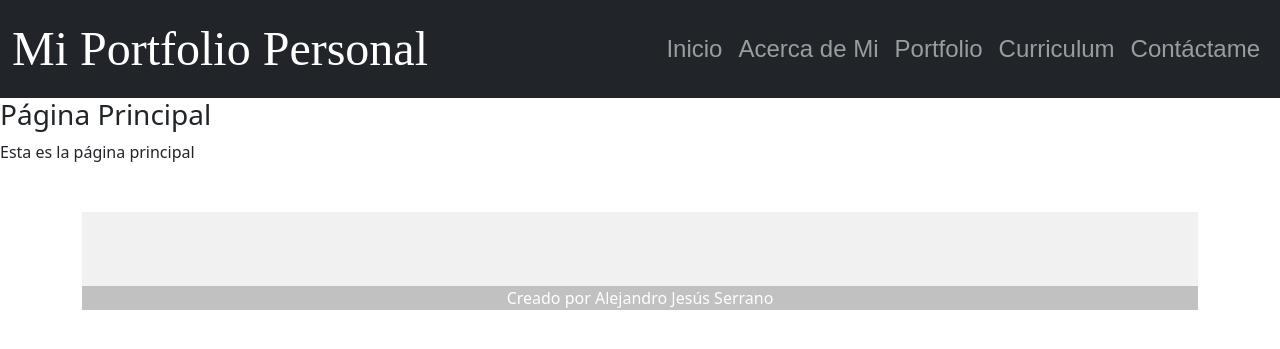
Repository: AlejandroJesusSerrano/portfolio
Page: http://localhost/
These files come from the project's save history. The page is drawn as it stood at one moment and after the next save; the edit follows.
The browser window is 1280 px wide. The pictures show the whole page.
Some web fonts or font styles are not loaded; a fallback is used. The page is served by the project's application, run on Django 4.2 (manage.py).

Above is the page before, as saved 2023-09-05 15:23:48.

After the next save:
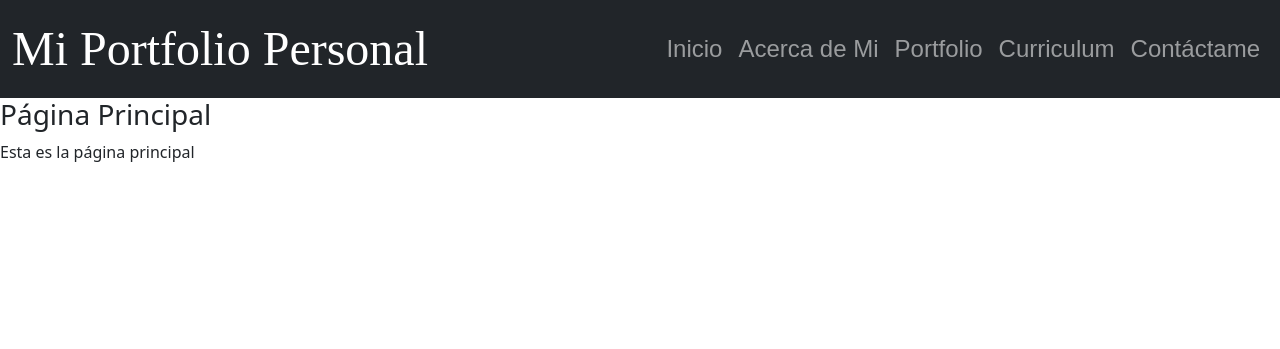
Saved 64 s later.
--- a/portfolio/core/templates/core/base.html
+++ b/portfolio/core/templates/core/base.html
@@ -48,44 +48,6 @@
 
   <div class="container my-5">
 
-    <footer class="text-center text-white" style="background-color: #f1f1f1;">
-      <!-- Grid container -->
-      <div class="container pt-4">
-        <!-- Section: Social media -->
-        <section class="mb-4">
-          <!-- Facebook -->
-          <a class="btn btn-link btn-floating btn-lg text-dark m-1" href="#!" role="button"
-            data-mdb-ripple-color="dark"><i class="fab fa-facebook-f"></i></a>
-
-          <!-- Twitter -->
-          <a class="btn btn-link btn-floating btn-lg text-dark m-1" href="#!" role="button"
-            data-mdb-ripple-color="dark"><i class="fab fa-twitter"></i></a>
-
-          <!-- Google -->
-          <a class="btn btn-link btn-floating btn-lg text-dark m-1" href="#!" role="button"
-            data-mdb-ripple-color="dark"><i class="fab fa-google"></i></a>
-
-          <!-- Instagram -->
-          <a class="btn btn-link btn-floating btn-lg text-dark m-1" href="#!" role="button"
-            data-mdb-ripple-color="dark"><i class="fab fa-instagram"></i></a>
-
-          <!-- Linkedin -->
-          <a class="btn btn-link btn-floating btn-lg text-dark m-1" href="#!" role="button"
-            data-mdb-ripple-color="dark"><i class="fab fa-linkedin"></i></a>
-          <!-- Github -->
-          <a class="btn btn-link btn-floating btn-lg text-dark m-1" href="#!" role="button"
-            data-mdb-ripple-color="dark"><i class="fab fa-github"></i></a>
-        </section>
-        <!-- Section: Social media -->
-      </div>
-      <!-- Grid container -->
-
-      <div class="footer_down" style="background-color: rgba(0, 0, 0, 0.2);">
-        Creado por Alejandro Jesús Serrano
-      </div>
-
-    </footer>
-
   </div>
   <!-- End of .container -->
 
